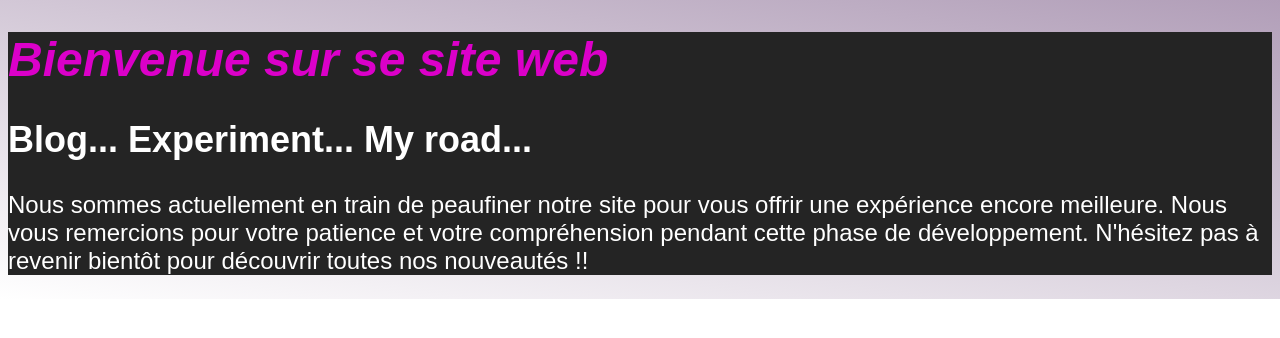
Repository: ValetteEvan/PersonalWebApp
Page: index.html
The author's editor kept a copy of each file at every save. The page is drawn from the files as they stood at one save, then again after the next save.
The browser window is 1280 px wide. The pictures show the whole page.

Above is the page before, as saved 2025-01-07 18:03:03.

### index.html
<!DOCTYPE html>
<html>

    <head>
        <meta charset="utf-8" />
        <title>Valette Evan</title>
        <link href="style.css" rel="stylesheet">
        <link href="image/" rel="image">
        <link rel="font_original" href="https://fonts.googleapis.com">
    </head>

    <body>
        <div class="webGlobal">
            <h1>Bienvenue sur se site web</h1>
            <h2>Blog... Experiment... My road...</h2>
                <p class="firstParagraph">Nous sommes actuellement en train de peaufiner notre site pour
                 vous offrir une expérience encore meilleure. Nous vous remercions
                 pour votre patience et votre compréhension pendant cette phase de
                 développement. N'hésitez pas à revenir bientôt pour découvrir toutes nos nouveautés !!
                </p>
        </div>
    </body>
</html>

### style.css

body{

    background-color: rgb(255, 255, 255);
    background: linear-gradient(190deg,rgb(177, 158, 184),#ffffff);
    background-repeat: no-repeat;
    /*background-image: url('image/auto.jpg');*/
    /* background-repeat: no-repeat;*/
}
.webGlobal{
    background-color: rgb(36, 36, 36);
    font-family:'font_original',sans-serif;
    font-size: 1.5em;
    color: rgb(255, 255, 255);
}

h1 {
   font-style:italic;
    color: rgb(219, 0, 201);
    /*text-decoration: underline;*/
}

After the next save:
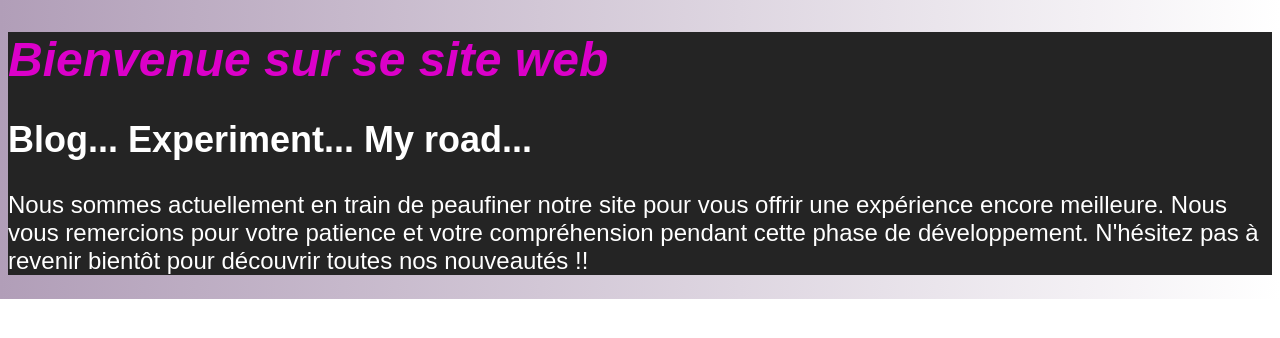
Saved 12 s later.
--- a/style.css
+++ b/style.css
@@ -2,7 +2,7 @@
 body{
 
     background-color: rgb(255, 255, 255);
-    background: linear-gradient(190deg,rgb(177, 158, 184),#ffffff);
+    background: linear-gradient(90deg,rgb(177, 158, 184),#ffffff);
     background-repeat: no-repeat;
     /*background-image: url('image/auto.jpg');*/
     /* background-repeat: no-repeat;*/
